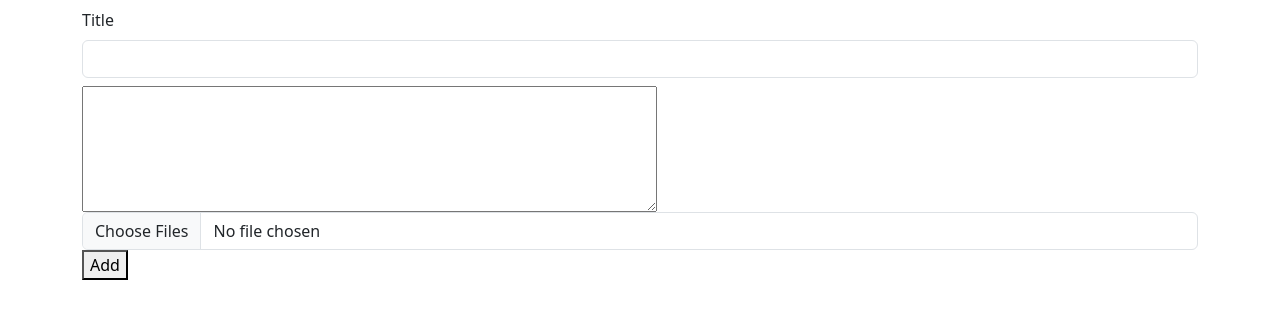
Repository: wasimalbokae2000/blogs
Page: http://localhost/posts/create
These files come from the project's save history. The page is drawn as it stood at one moment and after the next save; the edit follows.
The browser window is 1280 px wide. The pictures show the whole page.
The page is served by the project's Laravel application, run on PHP 8.4 with Laravel 12.

Above is the page before, as saved 2024-11-27 23:15:40.

After the next save:
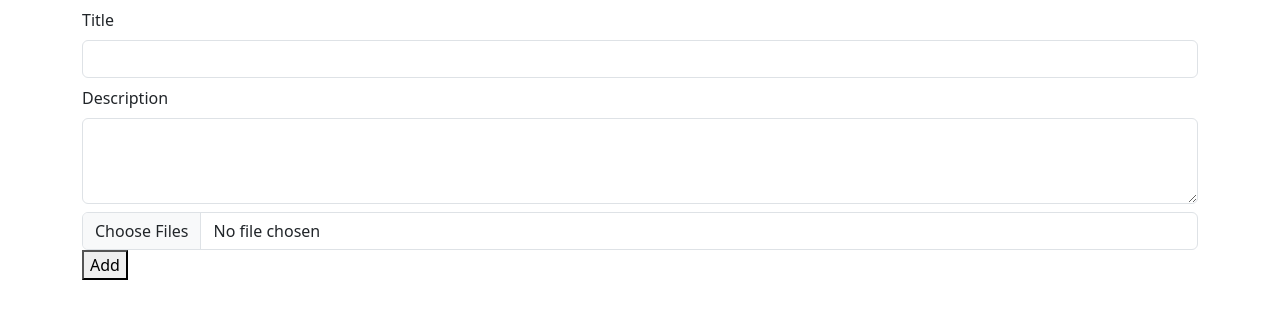
Saved 72 s later.
--- a/resources/views/posts/create.blade.php
+++ b/resources/views/posts/create.blade.php
@@ -8,7 +8,12 @@
             <label for="title" class="form-label">Title</label>
             <input  class="form-control" id="title" >
         </div>
-        <textarea name="description" cols="60" rows="5"></textarea>
+
+        <div class="mt-2 mb-2">
+            <label for="description" class="form-label">Description</label>
+            <textarea class="form-control" id="description" rows="3"></textarea>
+        </div>
+
         <input class="form-control" type="file" name="image[]" multiple>
         <button type="submit">Add</button>
     </form>
